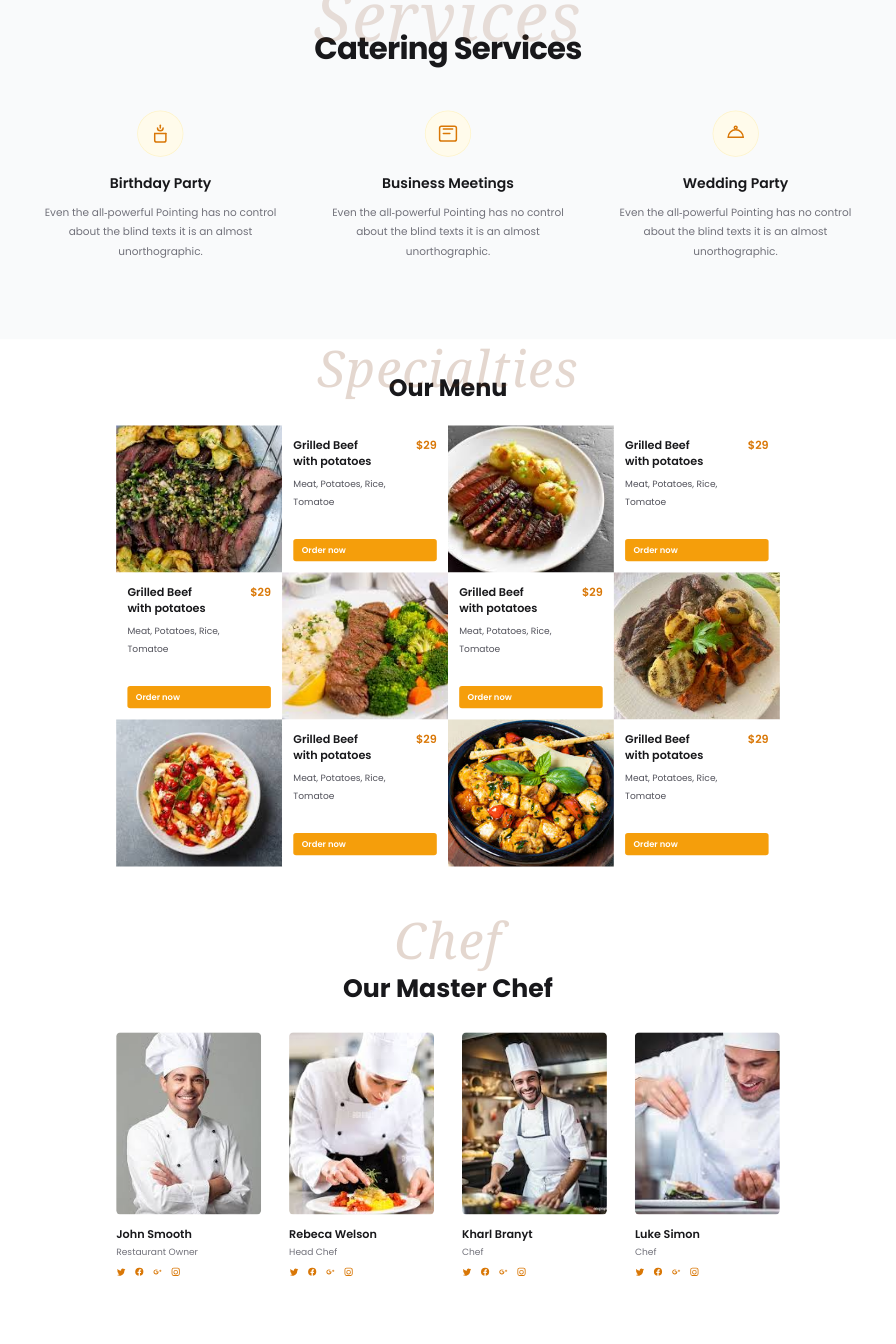
Repository: Purniagithub/Benttacproject
Page: /
These files come from the project's save history. The page is drawn as it stood at one moment and after the next save; the edit follows.
The browser window is 1280 px wide. The pictures show the part of the page from y = 1227 to 3147 px (the page is 3147 px tall), at 70% of full size.
Some web fonts or font styles are not loaded; a fallback is used. The project was rebuilt for these pictures with package versions that can differ from the ones it lists, and the page was loaded fresh each time. Also part of the build but not shown: vite.config.js.

Above is the page before, as saved 2025-08-21 18:37:22.

### index.html
<!doctype html>
<html lang="en">
  <head>
    <meta charset="UTF-8" />
    <link rel="icon" type="image/svg+xml" href="/vite.svg" />
    <link href="https://fonts.googleapis.com/css2?family=Playfair+Display:ital,wght@1,500&family=Poppins:wght@400;600;700&display=swap" rel="stylesheet">
    <link rel="preconnect" href="https://fonts.gstatic.com" crossorigin>
<link href="https://fonts.googleapis.com/css2?family=Playfair+Display:ital,wght@1,400;1,600&display=swap" rel="stylesheet">

    <meta name="viewport" content="width=device-width, initial-scale=1.0" />
    <title>Vite + React</title>
  </head>
  <body>
    <div id="root"></div>
    <script type="module" src="/src/main.jsx"></script>
  </body>
</html>

### src/App.jsx
import React from "react";
import Navbar from "./components/Navbar";
import Hero from "./components/Hero";

function App() {
  return (
    <div className="font-poppins">
      <Navbar />
      <Hero />
    </div>
  );
}

export default App;

### src/components/Navbar.jsx
import React from "react";

const Navbar = () => {
  return (
    <header className="absolute top-0 left-0 w-full z-50">
      {/* Top bar */}
      <div className="flex justify-between items-center bg-black bg-opacity-70 text-white text-sm px-6 py-2">
        <div className="flex space-x-6">
          <span>📞 +1235 2355 98</span>
          <span>✉️ youremail@email.com</span>
        </div>
        <span>Open hours: Monday - Sunday 8:00AM - 9:00PM</span>
      </div>

      {/* Main Navbar */}
      <nav className="flex justify-between items-center bg-black bg-opacity-60 text-white px-8 py-4">
        <h1 className="text-xl font-bold">Feliciano</h1>
        <ul className="flex space-x-8 font-medium">
          <li><a href="#" className="hover:text-yellow-400">Home</a></li>
          <li><a href="#" className="hover:text-yellow-400">About</a></li>
          <li><a href="#" className="hover:text-yellow-400">Menu</a></li>
          <li><a href="#" className="hover:text-yellow-400">Stories</a></li>
          <li><a href="#" className="hover:text-yellow-400">Contact</a></li>
        </ul>
        <button className="bg-yellow-600 hover:bg-yellow-700 px-5 py-2 rounded text-black font-semibold">
          Book a table
        </button>
      </nav>
    </header>
  );
};

export default Navbar;

### src/components/Hero.jsx
import React from "react";
import AboutSection from "../components/AboutSection";
import CateringServices from "./CateringServices";
import MenuTightGrid from "../components/MenuTightGrid";
import MasterChef from "../components/MasterChef";

const dishes = [
  { id: 1, name: "Grilled Beef with potatoes", desc: "Meat, Potatoes, Rice, Tomato", img: "/dish-1.jpeg" },
  { id: 2, name: "Grilled Beef with potatoes", desc: "Meat, Potatoes, Rice, Tomato", img: "/dish-2.jpeg" },
  { id: 3, name: "Grilled Beef with potatoes", desc: "Meat, Potatoes, Rice, Tomato", img: "/dish-3.jpeg" },
  { id: 4, name: "Grilled Beef with potatoes", desc: "Meat, Potatoes, Rice, Tomato", img: "/dish-4.jpeg" },
];

const Hero = () => {
  return (
    <>
    <section
      className="relative h-[80vh] bg-cover bg-center flex flex-col justify-center items-center text-white px-4"
      style={{ backgroundImage: "url('/img-4.jpeg')" }}
    >
      {/* Dark overlay */}
      <div className="absolute inset-0 bg-black/70"></div>

      {/* Headings */}
      <div className="relative z-10 text-center mt-20 md:mt-32 lg:mt-40">
        <h2 className="text-3xl md:text-4xl lg:text-5xl font-serif italic text-[#CDA45E]">
          Feliciano
        </h2>
        <h1 className="text-4xl md:text-5xl lg:text-7xl font-extrabold tracking-wide mt-3 md:mt-4 uppercase">
          Best Restaurant
        </h1>
      </div>

      {/* Dish Cards */}
      <div className="relative z-10 grid grid-cols-1 sm:grid-cols-2 md:grid-cols-4 gap-10 md:gap-16 lg:gap-20 mt-16 md:mt-24 lg:mt-32">
        {dishes.map((dish) => (
          <div key={dish.id} className="text-center max-w-[220px] mx-auto">
            <img
              src={dish.img}
              alt={dish.name}
              className="w-24 h-24 md:w-28 md:h-28 object-cover rounded-full mx-auto border-4 border-white shadow-lg"
            />
            <h3 className="mt-3 font-semibold text-base md:text-lg whitespace-nowrap">
              {dish.name}
            </h3>
            <p className="text-xs md:text-sm text-gray-300">{dish.desc}</p>
          </div>
        ))}
      </div>
    </section>
     {/* Other sections */}
     <AboutSection />
     <CateringServices />
     <MenuTightGrid tileHeight={210} containerWidth={980} />
     <MasterChef />

</>
  );
};

export default Hero;

### src/components/AboutSection.jsx
// src/components/AboutSection.jsx
import React from "react";

export default function AboutSection() {
  return (
    <section className="w-full bg-white py-16">
      <div className="max-w-5xl mx-auto text-center">
        {/* Top Grid (Images + Content) */}
        <div className="grid grid-cols-1 lg:grid-cols-2 gap-8 items-center">
          {/* Left Images */}
          <div className="flex justify-center gap-4">
            <img
              src="/chef-1.jpeg"
              alt="Chef serving"
              className="shadow-md object-cover h-[280px] w-[180px]"
            />
            <img
              src="/chef-5.jpeg"
              alt="Cooking food"
              className="shadow-md object-cover h-[280px] w-[180px] mt-8"
            />
          </div>

          {/* Right Content */}
          <div className="text-left lg:text-left">
            <h3 className="text-lg font-serif italic text-[#CDA45E] relative mb-2">
              <span className="absolute -left-6 top-0 text-5xl text-gray-200 opacity-40">
                About
              </span>
              About Us
            </h3>
            <h2 className="text-4xl font-bold text-gray-900 mb-4 tracking-wide">
              Feliciano Restaurant
            </h2>
            <p className="text-gray-600 mb-4 leading-relaxed">
              A small river named Duden flows by their place and supplies it
              with the necessary regelialia. It is a paradisematic country, in
              which roasted parts of sentences fly into your mouth.
            </p>

            <p className="text-gray-700 mb-2">
              Mon - Fri <span className="font-bold">8 AM - 11 PM</span>
            </p>
            <p className="text-2xl font-bold text-[#CDA45E]">
              +1-978-123-4567
            </p>
          </div>
        </div>

        {/* Stats Section */}
        <div className="grid grid-cols-2 sm:grid-cols-5 gap-4 mt-16 pt-10">
          <div className="text-center">
            <h4 className="text-3xl font-bold text-[#CDA45E]">18</h4>
            <p className="text-sm text-gray-600">Years of Experience</p>
          </div>
          <div className="text-center">
            <h4 className="text-3xl font-bold text-[#CDA45E]">100</h4>
            <p className="text-sm text-gray-600">Menus/Dish</p>
          </div>
          <div className="text-center">
            <h4 className="text-3xl font-bold text-[#CDA45E]">50</h4>
            <p className="text-sm text-gray-600">Staffs</p>
          </div>
          <div className="text-center">
            <h4 className="text-3xl font-bold text-[#CDA45E]">15,000</h4>
            <p className="text-sm text-gray-600">Happy Customers</p>
          </div>
          <div className="text-center text-xs line-clamp-5">
            <p className="text-xs text-gray-600">A small river named Duden flows by their place and supplies it
              with the necessary regelialia. It is a paradisematic country, in
              which roasted parts of sentences fly into your mouth.</p>
          </div>
        </div>
      </div>
    </section>
  );
}

### src/components/CateringServices.jsx
import React from "react";

function IconCake(props) {
  return (
    <svg viewBox="0 0 24 24" aria-hidden="true" {...props}>
      <g fill="none" stroke="currentColor" strokeWidth="1.6" strokeLinecap="round" strokeLinejoin="round">
        <path d="M12 3v3" />
        <path d="M9 6a3 3 0 1 0 6 0" />
        <path d="M6 12h12" />
        <path d="M6 12v7a2 2 0 0 0 2 2h8a2 2 0 0 0 2-2v-7" />
      </g>
    </svg>
  );
}

function IconMeeting(props) {
  return (
    <svg viewBox="0 0 24 24" aria-hidden="true" {...props}>
      <g fill="none" stroke="currentColor" strokeWidth="1.6" strokeLinecap="round" strokeLinejoin="round">
        <path d="M7 7h10M7 12h7" />
        <path d="M3 18a2 2 0 0 0 2 2h14a2 2 0 0 0 2-2V6a2 2 0 0 0-2-2H5a2 2 0 0 0-2 2z" />
      </g>
    </svg>
  );
}

function IconCloche(props) {
  return (
    <svg viewBox="0 0 24 24" aria-hidden="true" {...props}>
      <g fill="none" stroke="currentColor" strokeWidth="1.6" strokeLinecap="round" strokeLinejoin="round">
        <path d="M12 7a1.5 1.5 0 1 0 0-3 1.5 1.5 0 0 0 0 3z" />
        <path d="M4 16a8 8 0 1 1 16 0" />
        <path d="M4 16h16" />
      </g>
    </svg>
  );
}

const cards = [
  {
    title: "Birthday Party",
    text:
      "Even the all‑powerful Pointing has no control about the blind texts it is an almost unorthographic.",
    Icon: IconCake,
  },
  {
    title: "Business Meetings",
    text:
      "Even the all‑powerful Pointing has no control about the blind texts it is an almost unorthographic.",
    Icon: IconMeeting,
  },
  {
    title: "Wedding Party",
    text:
      "Even the all‑powerful Pointing has no control about the blind texts it is an almost unorthographic.",
    Icon: IconCloche,
  },
];

export default function CateringServices({
  id = "services",
  heading = "Catering Services",
  accent = "Services",
}) {
  return (
    <section id={id} className="relative isolate bg-gray-50 py-24 sm:py-28">
      {/* Accent word behind heading */}
      <div aria-hidden className="pointer-events-none absolute inset-x-0 -top-1 sm:top-0 text-center">
        <span className="select-none font-serif italic tracking-wide text-amber-900/15 text-7xl sm:text-8xl md:text-[96px] leading-none">
          {accent}
        </span>
      </div>

      <div className="mx-auto max-w-[1200px] px-4">
        {/* Main heading */}
        <h2 className="text-center text-[34px] sm:text-[38px] md:text-[44px] font-extrabold tracking-tight text-zinc-900 -mt-12">
          {heading}
        </h2>

        {/* Cards */}
        <div className="mt-14 grid grid-cols-1 md:grid-cols-3 gap-12 md:gap-16">
          {cards.map(({ title, text, Icon }) => (
            <article key={title} className="text-center">
              <div className="mx-auto mb-6 flex h-16 w-16 items-center justify-center rounded-full bg-amber-50 ring-1 ring-amber-100 text-amber-600">
                <Icon className="h-8 w-8" />
              </div>
              <h3 className="text-[20px] font-semibold text-zinc-900">{title}</h3>
              <p className="mt-3 mx-auto max-w-[340px] text-[15px] leading-7 text-zinc-500">
                {text}
              </p>
            </article>
          ))}
        </div>
      </div>
    </section>
  );
}

### src/components/MenuTightGrid.jsx
import React from "react";

const tiles = [
  // Row 1
  { type: "image", src: "/dish-1.jpeg", alt: "Dish 1" },
  { type: "card",  title: "Grilled Beef\nwith potatoes", price: 29, lines: ["Meat, Potatoes, Rice,", "Tomatoe"] },
  { type: "image", src: "/dish-2.jpeg", alt: "Dish 2" },
  { type: "card",  title: "Grilled Beef\nwith potatoes", price: 29, lines: ["Meat, Potatoes, Rice,", "Tomatoe"] },
  // Row 2
  { type: "card",  title: "Grilled Beef\nwith potatoes", price: 29, lines: ["Meat, Potatoes, Rice,", "Tomatoe"] },
  { type: "image", src: "/dish-3.jpeg", alt: "Dish 3" },
  { type: "card",  title: "Grilled Beef\nwith potatoes", price: 29, lines: ["Meat, Potatoes, Rice,", "Tomatoe"] },
  { type: "image", src: "/dish-4.jpeg", alt: "Dish 5" },
  // Row 3
  { type: "image", src: "/dish-5.jpeg", alt: "Dish 6" },
  { type: "card",  title: "Grilled Beef\nwith potatoes", price: 29, lines: ["Meat, Potatoes, Rice,", "Tomatoe"] },
  { type: "image", src: "/dish-6.jpeg", alt: "Dish 6" },
  { type: "card",  title: "Grilled Beef\nwith potatoes", price: 29, lines: ["Meat, Potatoes, Rice,", "Tomatoe"] },
];

function Price({ value }) {
  return <span className="text-[16px] font-semibold text-amber-600">{`$${value}`}</span>;
}

function OrderBtn() {
  return (
    <button className="inline-flex h-8 items-center rounded bg-amber-500 px-3 text-xs font-semibold text-white hover:bg-amber-600">
      Order now
    </button>
  );
}

function Card({ title, price, lines }) {
  return (
    // NO outer padding or margin; fill the grid cell entirely
    <div className="h-full w-full bg-white">
      {/* Internal spacing for the card content only */}
      <article className="flex h-full w-full flex-col justify-between p-4">
        <div>
          <div className="flex items-start justify-between gap-3">
            <h3 className="whitespace-pre-line text-[16px] font-semibold leading-6 text-zinc-900">
              {title}
            </h3>
            <Price value={price} />
          </div>
          <ul className="mt-2 space-y-0.5 text-[13px] leading-6 text-zinc-600">
            {lines.map((t, i) => (
              <li key={i}>{t}</li>
            ))}
          </ul>
        </div>
        <OrderBtn />
      </article>
    </div>
  );
}

function TileImage({ src, alt }) {
  return (
    // NO padding/margin; image covers the tile
    <div className="h-full w-full">
      <img src={src} alt={alt} className="h-full w-full object-cover" loading="lazy" />
    </div>
  );
}

export default function MenuTightGrid({
  id = "menu",
  heading = "Our Menu",
  accent = "Specialties",
  data = tiles,
  // Adjust these two to tune exact size
  tileHeight = 210,      // each tile’s fixed height (px)
  containerWidth = 980,  // overall section width (px)
}) {
  return (
    <section id={id} className="relative isolate bg-white py-14">
      {/* Accent script word behind heading */}
      <div aria-hidden className="pointer-events-none absolute inset-x-0 top-1 text-center">
        <span className="select-none font-serif italic text-[60px] md:text-[72px] leading-none tracking-wide text-amber-900/20">
          {accent}
        </span>
      </div>

      <div className="mx-auto px-4" style={{ maxWidth: `${containerWidth}px` }}>
        <h2 className="text-center text-[30px] md:text-[34px] font-extrabold leading-tight text-zinc-900 -mt-2">
          {heading}
        </h2>

        {/* 4-column grid — zero gap, zero padding */}
        <div className="mt-8 grid grid-cols-4 gap-0">
          {data.map((t, i) => (
            <div key={i} className="m-0 p-0" style={{ height: `${tileHeight}px` }}>
              {t.type === "card" ? (
                <Card title={t.title} price={t.price} lines={t.lines} />
              ) : (
                <TileImage src={t.src} alt={t.alt} />
              )}
            </div>
          ))}
        </div>
      </div>
    </section>
  );
}

### src/components/MasterChef.jsx
import React from "react";

// tiny SVG icons (Twitter, Facebook, Google, Instagram)
const Tw = (p) => (
  <svg viewBox="0 0 24 24" aria-hidden="true" {...p}>
    <path fill="currentColor" d="M22.46 6c-.77.35-1.6.58-2.46.69a4.26 4.26 0 0 0 1.87-2.35 8.47 8.47 0 0 1-2.69 1.03 4.23 4.23 0 0 0-7.25 3.86A12 12 0 0 1 3.16 4.9a4.23 4.23 0 0 0 1.31 5.64 4.18 4.18 0 0 1-1.92-.53v.05a4.23 4.23 0 0 0 3.39 4.15 4.27 4.27 0 0 1-1.91.07 4.24 4.24 0 0 0 3.95 2.94A8.49 8.49 0 0 1 2 19.54 12 12 0 0 0 8.29 21.5c7.55 0 11.68-6.26 11.68-11.68 0-.18-.01-.36-.02-.54A8.35 8.35 0 0 0 22.46 6z"/>
  </svg>
);
const Fb = (p) => (
  <svg viewBox="0 0 24 24" aria-hidden="true" {...p}>
    <path fill="currentColor" d="M22 12a10 10 0 1 0-11.6 9.87v-6.98h-2.6V12h2.6V9.8c0-2.57 1.53-3.99 3.87-3.99 1.12 0 2.3.2 2.3.2v2.53h-1.3c-1.28 0-1.68.79-1.68 1.6V12h2.85l-.46 2.89h-2.39v6.98A10 10 0 0 0 22 12z"/>
  </svg>
);
const Gp = (p) => (
  <svg viewBox="0 0 24 24" aria-hidden="true" {...p}>
    <path fill="currentColor" d="M21.5 10.5h-2v2h-1.5v-2h-2v-1.5h2v-2H19.5v2h2zM8.5 10.75v2.5h3.6c-.15.95-1.08 2.78-3.6 2.78-2.17 0-3.94-1.8-3.94-4.03s1.77-4.03 3.94-4.03c1.24 0 2.06.53 2.53.98l1.73-1.67C11.82 7 10.36 6.25 8.5 6.25c-3.46 0-6.25 2.8-6.25 6.25S5.04 18.75 8.5 18.75c3.7 0 6.15-2.6 6.15-6.27 0-.42-.05-.83-.12-1.23z"/>
  </svg>
);
const Ig = (p) => (
  <svg viewBox="0 0 24 24" aria-hidden="true" {...p}>
    <path fill="currentColor" d="M7 2h10a5 5 0 0 1 5 5v10a5 5 0 0 1-5 5H7a5 5 0 0 1-5-5V7a5 5 0 0 1 5-5zm0 2a3 3 0 0 0-3 3v10a3 3 0 0 0 3 3h10a3 3 0 0 0 3-3V7a3 3 0 0 0-3-3H7zm5 3.5A5.5 5.5 0 1 1 6.5 13 5.5 5.5 0 0 1 12 7.5zm0 2A3.5 3.5 0 1 0 15.5 13 3.5 3.5 0 0 0 12 9.5zM18.25 6.5a.75.75 0 1 1-.75.75.75.75 0 0 1 .75-.75z"/>
  </svg>
);

const chefs = [
  {
    name: "John Smooth",
    role: "Restaurant Owner",
    src: "/chef-7.jpeg",
    alt: "Chef John Smooth",
  },
  {
    name: "Rebeca Welson",
    role: "Head Chef",
    src: "/chef-9.jpeg",
    alt: "Chef Rebeca Welson",
  },
  {
    name: "Kharl Branyt",
    role: "Chef",
    src: "/chef-2.jpeg",
    alt: "Chef Kharl Branyt",
  },
  {
    name: "Luke Simon",
    role: "Chef",
    src: "/chef-4.jpeg",
    alt: "Chef Luke Simon",
  },
];

function SocialRow() {
  const cls = "h-3.5 w-3.5 text-amber-600";
  return (
    <div className="mt-3 flex items-center gap-3 text-amber-600">
      <Tw className={cls} />
      <Fb className={cls} />
      <Gp className={cls} />
      <Ig className={cls} />
    </div>
  );
}

function ChefCard({ name, role, src, alt }) {
  return (
    <article className="w-full">
      <div className="overflow-hidden rounded-md">
        <img
          src={src}
          alt={alt}
          className="h-[260px] w-full object-cover"
          loading="lazy"
        />
      </div>
      <h3 className="mt-4 text-[16px] font-semibold text-zinc-900">{name}</h3>
      <p className="mt-1 text-[13px] text-zinc-500">{role}</p>
      <SocialRow />
    </article>
  );
}

export default function MasterChef({
  id = "chefs",
  heading = "Our Master Chef",
  accent = "Chef",
}) {
  return (
    <section id={id} className="relative isolate bg-white py-20 sm:py-24">
      {/* Accent script behind the heading */}
      <div aria-hidden className="pointer-events-none absolute inset-x-0 top-3 text-center">
        <span className="select-none font-serif italic text-[64px] sm:text-[72px] leading-none tracking-wide text-amber-900/20">
          {accent}
        </span>
      </div>

      {/* Compact container matching screenshot width */}
      <div className="mx-auto max-w-[980px] px-4">
        <h2 className="text-center text-[34px] sm:text-[36px] font-extrabold leading-tight text-zinc-900">
          {heading}
        </h2>

        {/* 4-column grid, equal cards */}
        <div className="mt-10 grid grid-cols-1 gap-10 sm:grid-cols-2 lg:grid-cols-4">
          {chefs.map((c) => (
            <ChefCard key={c.name} {...c} />
          ))}
        </div>
      </div>
    </section>
  );
}

### tailwind.config.js
/** @type {import('tailwindcss').Config} */
export default {
  content: ["./index.html",
    "./src/**/*.{js,ts,jsx,tsx}",],
  theme: {
    extend: {fontFamily: {
      sans: ['Poppins', 'sans-serif'],
      serif: ['Playfair Display', "Georgia", 'serif'],
    },
    colors: {
      gold: "#CDA45E",
    },},
  },
  plugins: [],
}

Loaded but not shown: src/main.jsx (common file); src/index.css (common file)

After the next save:
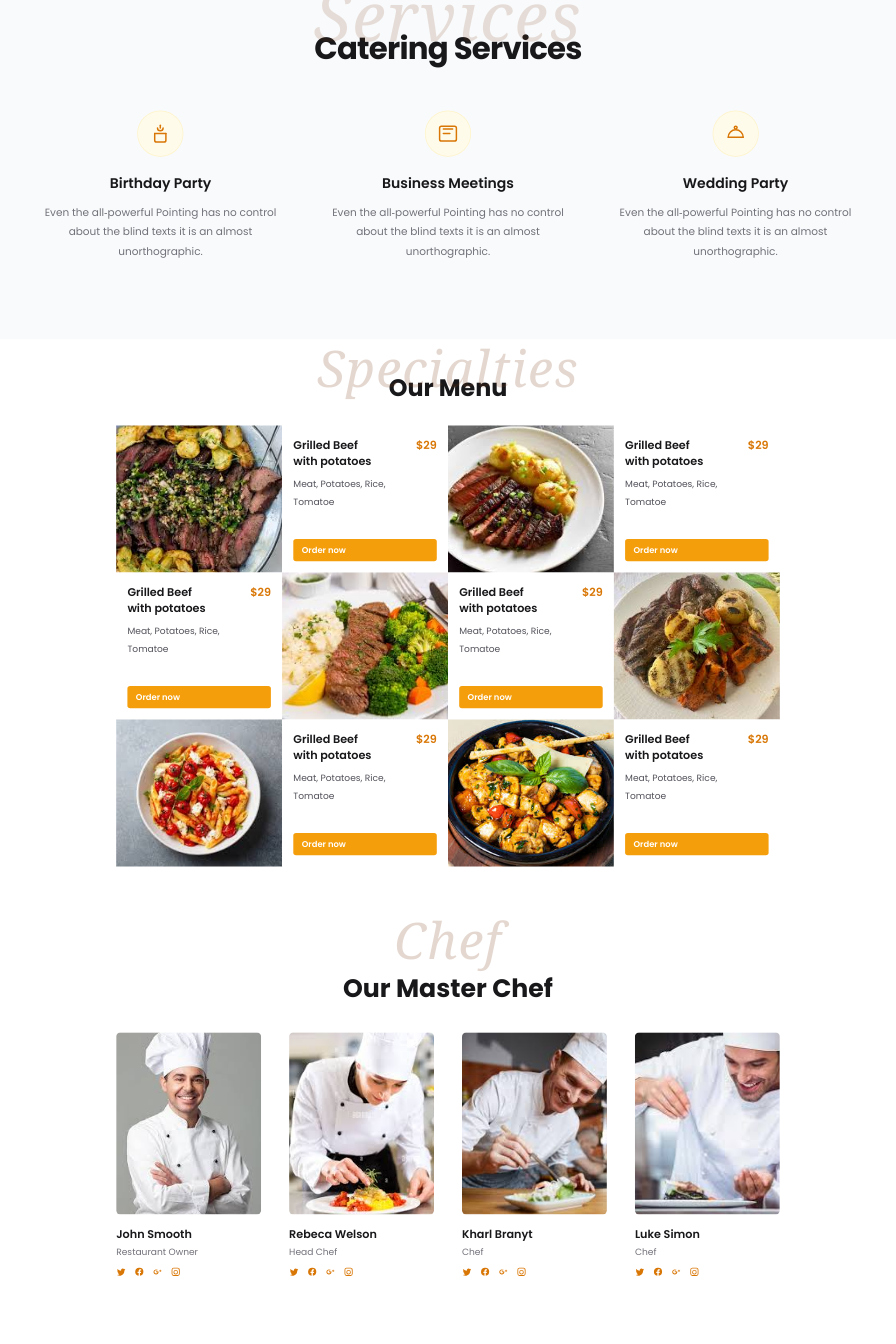
Saved 6 s later.
--- a/src/components/MasterChef.jsx
+++ b/src/components/MasterChef.jsx
@@ -38,7 +38,7 @@ const chefs = [
   {
     name: "Kharl Branyt",
     role: "Chef",
-    src: "/chef-2.jpeg",
+    src: "/chef-1.jpeg",
     alt: "Chef Kharl Branyt",
   },
   {
